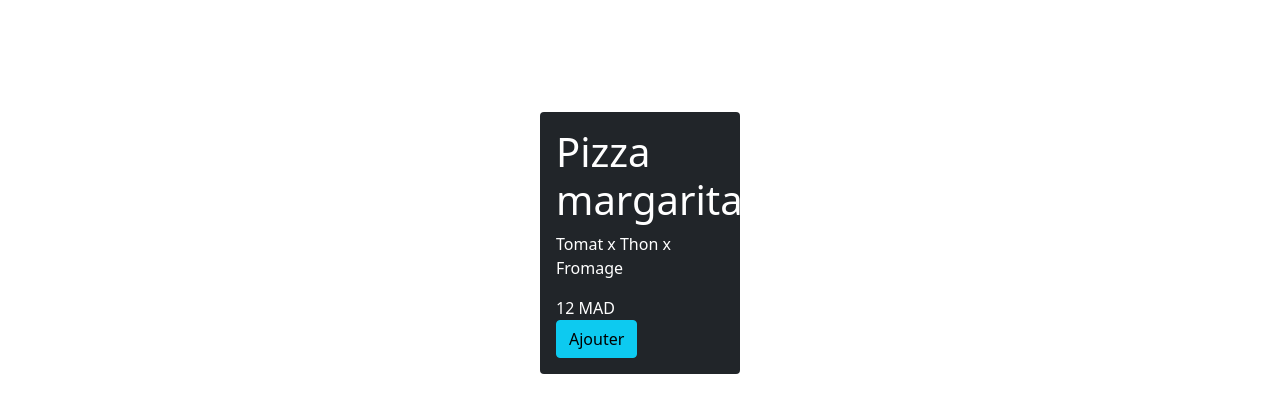
Repository: FS-23/my-restaurant
Page: /
These files come from the project's save history. The page is drawn as it stood at one moment and after the next save; the edit follows.
The browser window is 1280 px wide. The pictures show the whole page.
The project was rebuilt for these pictures with package versions that can differ from the ones it lists, and the page was loaded fresh each time.

Above is the page before, as saved 2022-04-29 13:45:01.

After the next save:
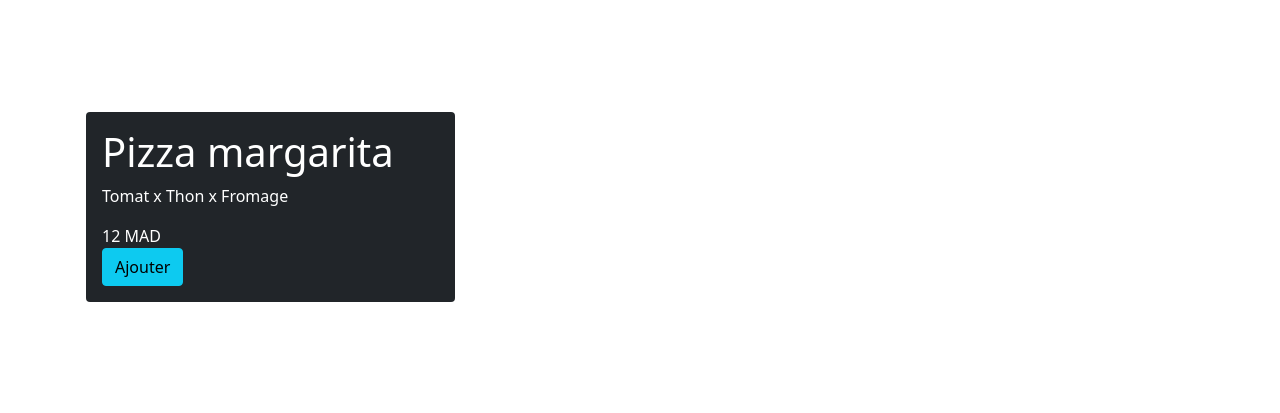
Saved 52 s later.
--- a/src/components/Plat.js
+++ b/src/components/Plat.js
@@ -1,7 +1,7 @@
 
 function Plat (props){
     return(
-        <div className="bg-dark mt-5 p-3 rounded" style={{width:'200px' , margin: "auto"}}>
+        <div className="bg-dark mt-5 p-3 rounded col-2 col-sm-3 col-lg-4" >
             <h1>{props.name} </h1>
            <p> {props.ingredient}</p>
            <div>
